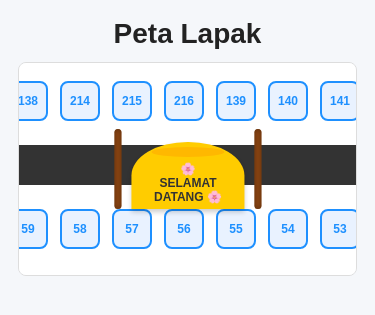
Repository: pasarrakyatbak/denah
Page: index.html
An editor plug-in stored every save of this project. The page is shown before and after a run of saves, followed by the edit.
The browser window is 375 px wide. The pictures show the whole page.

Above is the page before, as saved 2025-09-19 08:31:07.

### index.html
<!DOCTYPE html>
<html lang="id">

<head>
    <meta charset="utf-8" />
    <meta name="viewport" content="width=device-width,initial-scale=1" />
    <title>Peta Lapak</title>
    <link rel="stylesheet" href="style.css" />
</head>

<body>
    <h1>Peta Lapak</h1>

    <div class="scroll-container">
        <div class="h-inner">
            <!-- Baris atas: sisi kanan -->
            <div class="row top" id="right-side"></div>

            <!-- Jalan horizontal -->
            <div class="road" id="road">JALAN</div>

            <!-- Baris bawah: sisi kiri -->
            <div class="row bottom" id="left-side"></div>
        </div>
    </div>

    <script src="script.js"></script>
</body>

</html>

### style.css
/* reset */
* {
    box-sizing: border-box;
    margin: 0;
    padding: 0;
}

body {
    font-family: Arial, Helvetica, sans-serif;
    background: #f5f7fa;
    color: #222;
    padding: 18px;
    text-align: center;
}

/* judul */
h1 {
    margin-bottom: 12px;
    font-size: 28px;
}

/* kontainer scroll HORIZONTAL */
.scroll-container {
    position: relative;
    width: 100%;
    overflow-x: auto;
    /* horizontal scroll */
    overflow-y: hidden;
    border: 1px solid #ddd;
    background: #fff;
    border-radius: 8px;
    padding: 12px;
}

/* inner yang lebarnya disesuaikan (min-width: max-content supaya tidak ter-compress) */
.h-inner {
    display: flex;
    flex-direction: column;
    /* top row, road, bottom row */
    gap: 18px;
    align-items: flex-start;
    /* agar row tidak ter-stretch */
    min-width: max-content;
    /* sangat penting supaya horizontal scroll bekerja penuh */
    padding-bottom: 8px;
}

/* baris lapak (atas & bawah) */
.row {
    display: flex;
    gap: 12px;
    align-items: center;
    min-width: max-content;
    /* pastikan tidak dipotong */
    padding: 6px 0;
}

/* tampilan kotak lapak */
.lapak {
    width: 60px;
    height: 60px;
    border-radius: 8px;
    background: #e9f2ff;
    border: 2px solid #1e90ff;
    color: #1e90ff;
    font-weight: 700;
    display: flex;
    align-items: center;
    justify-content: center;
    user-select: none;
}

/* jalan horizontal (akan di-set lebarnya lewat JS supaya sejajar dengan row terpanjang) */
.road {
    height: 40px;
    background: #333;
    color: #fff;
    display: flex;
    align-items: center;
    justify-content: center;
    border-radius: 8px;
    padding: 0 10px;
    min-width: max-content;
}

/* gerbang (kotak orange) */
.jalan-gerbang {
    width: 120px;
    height: 40px;
    background: #ff8c1a;
    color: white;
    display: flex;
    align-items: center;
    justify-content: center;
    border-radius: 8px;
    font-weight: 700;
    margin-left: 6px;
    margin-right: 6px;
}

/* responsive: ukuran kotak lapak kecil di layar sempit */
@media (max-width: 900px) {
    .lapak {
        width: 50px;
        height: 50px;
    }

    .jalan-gerbang {
        width: 100px;
        height: 36px;
    }
}

@media (max-width: 480px) {
    .lapak {
        width: 40px;
        height: 40px;
        font-size: 12px;
    }

    .jalan-gerbang {
        background: #ffcc00;
        padding: 6px 12px;
        border-radius: 6px;
        font-weight: bold;
        text-align: center;
        margin: 0 4px;
    }

    .gapura {
        display: flex;
        align-items: flex-end;
        justify-content: center;
        height: 120px;
        z-index: 10;
    }

    /* Tiang kiri dan kanan */
    .gapura .tiang {
        width: 25px;
        height: 100%;
        background: #8B4513;
        border-radius: 4px;
        box-shadow: inset 0 0 5px #5a2e0b;
    }

    .gapura .tiang.kiri {
        margin-right: 10px;
    }

    .gapura .tiang.kanan {
        margin-left: 10px;
    }

    /* Atap melengkung */
    .gapura .atap {
        position: relative;
        background: #FFCC00;
        border-radius: 50% 50% 0 0;
        padding: 10px 40px;
        display: flex;
        flex-direction: column;
        align-items: center;
        box-shadow: 0 3px 5px rgba(0, 0, 0, 0.2);
    }

    /* Dekorasi atap */
    .gapura .dekor-atas {
        width: 100%;
        height: 10px;
        background: #FFB800;
        border-radius: 50%;
        margin-bottom: 5px;
    }

    /* Teks di atap */
    .gapura .teks {
        font-weight: bold;
        font-size: 16px;
        text-align: center;
        color: #333;
    }

    /* Responsif */
    @media (max-width: 768px) {
        .gapura {
            height: 80px;
        }

        .gapura .atap {
            padding: 5px 20px;
        }

        .gapura .tiang {
            width: 15px;
        }

        .gapura .teks {
            font-size: 12px;
        }
    }

    /* Jalan gerbang */
    .jalan-gerbang {
        background: #ffcc00;
        padding: 6px 12px;
        border-radius: 6px;
        font-weight: bold;
        text-align: center;
        margin: 0 4px;
    }


}

### script.js
// === data nomor (sudah Anda berikan) ===
const leftNumbers = [
    1, 2, 3, 4, 5, 6, 7, 8, 9, 10, 11,
    15, 16, 17, 18, 19, 20, 21, 22, 23, 24, 25, 26, 27, 28, 29, 30,
    31, 32, 33, 34, 35, 36, 37, 38, 39, 40, 41, 42, 43, 44, 45, 46, 47, 48, 49, 50,
    51, 52, 53, 54, 55, 56, 57, 58, 59, 60, 61, 62, 63, 64, 65, 66, 67, 68, 69, 70,
    71, 72, 73, 74, 75, 76, 77, 78, 79, 80, 81, 82, 83, 84, 85, 86, 87, 88, 89, 90,
    91, 92, 93, 94, 95, 96, 97, 98, 99, 100, 101, 102, 103, 104,
    186, 187, 188, 189, 190, 191, 192, 193
];

const rightNumbers = [
    194, 195, 196, 197, 198, 199, 200, 201, 202, 203, 204, 205, 206, 207, 208, 209, 210, 211, 212, 213,
    105, 106, 107, 108, 109, 110, 111, 112, 113, 114, 115, 116, 117, 118, 119, 120, 121, 122, 123, 124,
    125, 126, 127, 128, 129, 130, 131, 132, 133, 134, 135, 136, 137, 138,
    214, 215, 216,
    139, 140, 141, 142, 143, 144, 145, 146, 147, 148, 149, 150, 151, 152, 153, 154, 155, 156, 157, 158, 159, 160,
    161, 162, 163, 164, 165, 166, 167, 168, 169, 170, 171, 172, 173, 174, 175, 176, 177, 178, 179, 180,
    181, 182, 183, 184, 185
];
// elemen
const rightSide = document.getElementById('right-side');
const leftSide = document.getElementById('left-side');
const road = document.getElementById('road');
const hInner = document.querySelector('.h-inner');
const scrollContainer = document.querySelector('.scroll-container');

// fungsi buat kotak lapak
function makeLapak(num) {
    const d = document.createElement('div');
    d.className = 'lapak';
    d.textContent = num;
    return d;
}

// Render kanan (urutan asli)
rightNumbers.forEach(n => rightSide.appendChild(makeLapak(n)));

// Render kiri (dibalik)
leftNumbers.slice().reverse().forEach(n => leftSide.appendChild(makeLapak(n)));

// Sisipkan "Gerbang Sekolah" di sisi kiri
function insertGerbangBetween(parent, a, b, label = 'Gerbang Sekolah') {
    const children = Array.from(parent.children);
    const idxA = children.findIndex(c => c.textContent == String(a));
    const idxB = children.findIndex(c => c.textContent == String(b));
    if (idxA === -1 || idxB === -1) return;
    const insertAfterIndex = Math.min(idxA, idxB);
    const refNode = parent.children[insertAfterIndex + 1] || null;
    const g = document.createElement('div');
    g.className = 'jalan-gerbang';
    g.textContent = label;
    parent.insertBefore(g, refNode);
}

// Gerbang Sekolah tetap dipertahankan
insertGerbangBetween(leftSide, 2, 3, 'Gerbang Sekolah');
insertGerbangBetween(leftSide, 11, 15, 'Gerbang Sekolah');

// === Buat gapura realistis ===
const gapura = document.createElement('div');
gapura.className = 'gapura';
gapura.innerHTML = `
  <div class="tiang kiri"></div>
  <div class="atap">
    <div class="dekor-atas"></div>
    <div class="teks">🌸 SELAMAT DATANG 🌸</div>
  </div>
  <div class="tiang kanan"></div>
`;
scrollContainer.appendChild(gapura);

// Posisi gapura di tengah jalan
function adjustGapura() {
    const wTop = rightSide.scrollWidth;
    const wBottom = leftSide.scrollWidth;
    const maxW = Math.max(wTop, wBottom);

    hInner.style.minWidth = (maxW + 40) + 'px';
    road.style.width = maxW + 'px';

    // Posisi horizontal gapura
    gapura.style.position = 'absolute';
    gapura.style.top = '50%'; // vertikal di tengah jalan
    gapura.style.left = `${maxW / 2}px`;
    gapura.style.transform = 'translate(-50%, -50%)';

    // Scroll ke tengah jalan
    const containerW = scrollContainer.clientWidth;
    scrollContainer.scrollLeft = Math.max(0, (maxW - containerW) / 2);
}

adjustGapura();
window.addEventListener('resize', () => {
    clearTimeout(window._adjustTimeout);
    window._adjustTimeout = setTimeout(adjustGapura, 120);
});

After the next 3 saves:
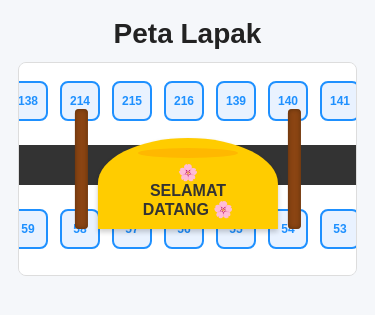
The 3 saves are shown as one change because they came seconds apart.
The last was saved 94 s later.
--- a/style.css
+++ b/style.css
@@ -140,6 +140,7 @@ h1 {
         width: 25px;
         height: 100%;
         background: #8B4513;
+        /* coklat kayu */
         border-radius: 4px;
         box-shadow: inset 0 0 5px #5a2e0b;
     }
@@ -181,34 +182,5 @@ h1 {
         color: #333;
     }
 
-    /* Responsif */
-    @media (max-width: 768px) {
-        .gapura {
-            height: 80px;
-        }
-
-        .gapura .atap {
-            padding: 5px 20px;
-        }
-
-        .gapura .tiang {
-            width: 15px;
-        }
-
-        .gapura .teks {
-            font-size: 12px;
-        }
-    }
-
-    /* Jalan gerbang */
-    .jalan-gerbang {
-        background: #ffcc00;
-        padding: 6px 12px;
-        border-radius: 6px;
-        font-weight: bold;
-        text-align: center;
-        margin: 0 4px;
-    }
-
 
 }
